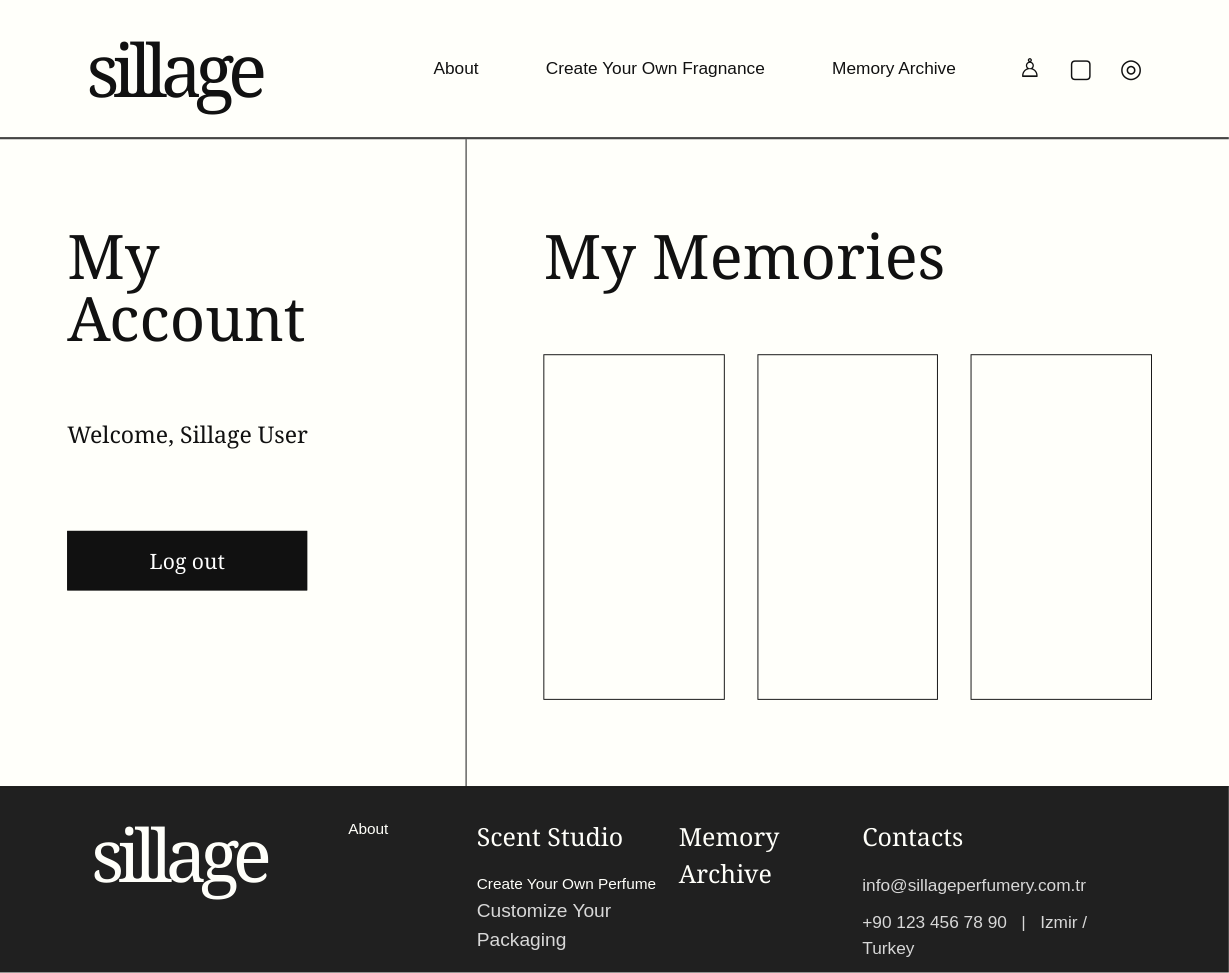
Repository: doagunes/Sillage
Page: /account
These files come from the project's save history. The page is drawn as it stood at one moment and after the next save; the edit follows.
The browser window is 1280 px wide. The pictures show the whole page, at 96% of full size.
The project was rebuilt for these pictures with package versions that can differ from the ones it lists, and the page was loaded fresh each time. Also part of the build but not shown: vite.config.js, src/pages/SignUp.css, src/pages/SignUp.jsx, src/pages/Login.css, src/pages/Login.jsx, src/pages/Home.jsx, src/pages/About.css, src/pages/About.jsx and 11 more.

Above is the page before, as saved 2026-05-24 16:10:02.

After the next save:
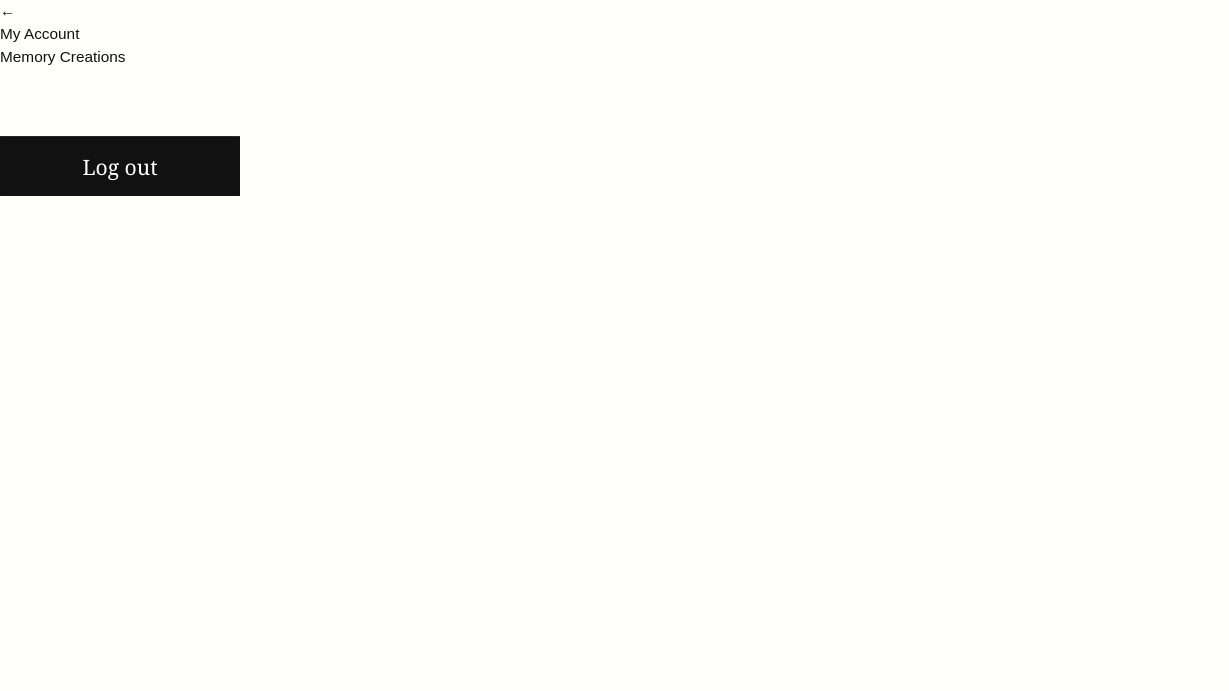
Saved 32 min 50 s later.
--- a/src/pages/Account.jsx
+++ b/src/pages/Account.jsx
@@ -1,42 +1,38 @@
-import Navbar from "../components/Navbar";
-import Footer from "../components/Footer";
+import { useNavigate } from "react-router-dom";
 import { useAuth } from "../context/AuthContext";
 import "./Account.css";
 
 function Account() {
-  const { user, logout } = useAuth();
+  const navigate = useNavigate();
+  const { logout } = useAuth();
+
+  const handleLogout = () => {
+    logout();
+    navigate("/signup");
+  };
 
   return (
-    <div className="account-page">
-      <Navbar />
+    <main className="account-page">
+      <button className="account-back" onClick={() => navigate(-1)}>
+        ←
+      </button>
 
-      <main className="account-main">
-        <section className="account-left">
-          <h1>My Account</h1>
+      <section className="account-content">
+        <h1>My Account</h1>
 
-          <div className="account-info">
-            <p>Welcome, {user?.username || "Sillage User"}</p>
-            <p>{user?.email}</p>
-          </div>
+        <div className="account-line"></div>
 
-          <button className="account-logout" onClick={logout}>
-            Log out
-          </button>
-        </section>
+        <h2>Memory Creations</h2>
 
-        <section className="account-right">
-          <h2>My Memories</h2>
+        <div className="memory-creations-grid">
+          <div className="memory-creation-card"></div>
+        </div>
 
-          <div className="account-memory-grid">
-            <div className="account-memory-card"></div>
-            <div className="account-memory-card"></div>
-            <div className="account-memory-card"></div>
-          </div>
-        </section>
-      </main>
-
-      <Footer />
-    </div>
+        <button className="account-logout" onClick={handleLogout}>
+          Log out
+        </button>
+      </section>
+    </main>
   );
 }
 
